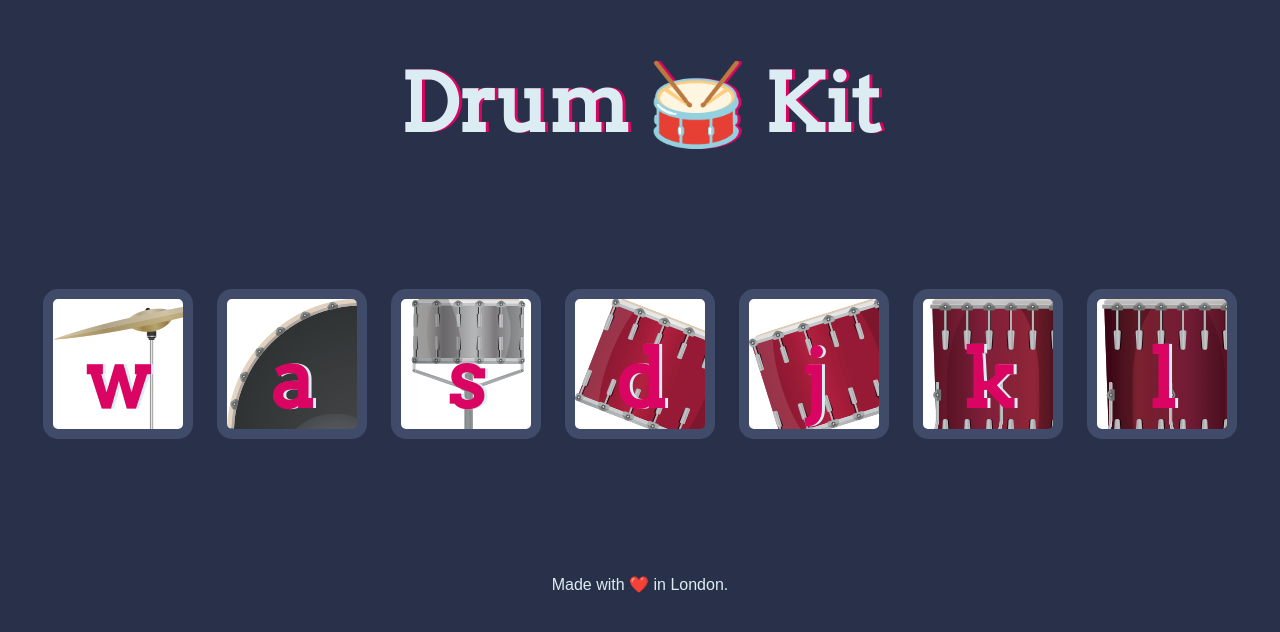
Repository: miaaow42/make-some-noise
Page: index.html
An editor plug-in stored every save of this project. The page is shown before and after the next save, followed by the edit.
The browser window is 1280 px wide. The pictures show the whole page.
After loading, the first visible `button.w` was clicked once.

Above is the page before, as saved 2022-06-22 23:47:21.

### index.html
<!DOCTYPE html>
<html lang="en" dir="ltr">

<head>
  <meta charset="utf-8">
  <title>Drum Kit</title>
  <link rel="stylesheet" href="styles.css">
  <link href="https://fonts.googleapis.com/css?family=Arvo" rel="stylesheet">
</head>

<body>

  <h1 id="title">Drum 🥁 Kit</h1>
  <div class="set">
    <button class="w drum">w</button>
    <button class="a drum">a</button>
    <button class="s drum">s</button>
    <button class="d drum">d</button>
    <button class="j drum">j</button>
    <button class="k drum">k</button>
    <button class="l drum">l</button>
  </div>




  <script type="text/javascript" src="index.js"> </script>
</body>
<footer>
  Made with ❤️ in London.
</footer>


</html>

### styles.css
body {
  text-align: center;
  background-color: #283149;
}

h1 {
  font-size: 5rem;
  color: #DBEDF3;
  font-family: "Arvo", cursive;
  text-shadow: 3px 0 #DA0463;

}

footer {
  color: #DBEDF3;
  font-family: sans-serif;
}

.w {
  background-image:url("images/crash.png");
}

.a {
  background-image:url("images/kick.png");
}

.s {
  background-image:url("images/snare.png");
}

.d {
  background-image:url("images/tom1.png");
}

.j {
  background-image:url("images/tom2.png");
}

.k {
  background-image:url("images/tom3.png");
}

.l {
  background-image:url("images/tom4.png");
}

.set {
  margin: 10% auto;
}

.game-over {
  background-color: red;
  opacity: 0.8;
}

.pressed {
  box-shadow: 0 3px 4px 0 #DBEDF3;
  opacity: 0.5;
}

.red {
  color: red;
}

.drum {
  outline: none;
  border: 10px solid #404B69;
  font-size: 5rem;
  font-family: 'Arvo', cursive;
  line-height: 2;
  font-weight: 900;
  color: #DA0463;
  text-shadow: 3px 0 #DBEDF3;
  border-radius: 15px;
  display: inline-block;
  width: 150px;
  height: 150px;
  text-align: center;
  margin: 10px;
  background-color: white;
}

### index.js
// document.querySelector("button").addEventListener("click",handleClick); // passing a function to call.
// function handleClick(){
//   alert("I got Clicked!");
// }a troditonal way to call the function


// document.querySelector("button").addEventListener("click",function(){
//     alert("I got Clicked!");
// }); // a anonymous way to call a function

//click every button it will alert.
const numberOfDrumBottons = document.querySelectorAll(".drum");
for(let i = 0;i < numberOfDrumBottons.length;i++ ){
  numberOfDrumBottons[i].addEventListener("click",handleClick);
  function handleClick(){
    let buttonInnerHTML = this.innerHTML;
      makeSound(buttonInnerHTML);
  }
}

// document.addEventListener("keydown",function(event){
//   makeSound(event.key);
// })// a anonymous way to call a function


document.addEventListener("keydown",checkPresed);
function checkPresed(e){
  makeSound(e.key);
} // a troditonal way to call the function

function makeSound(key){
  switch (key) {
    case "w":
      const drumSound5 = new Audio('sounds/crash.mp3');
      drumSound5.play();
      break;

    case "a":
      const drumSound1 = new Audio('sounds/kick-bass.mp3');
      drumSound1.play();
      break;

      case "s":
        const drumSound2 = new Audio('sounds/snare.mp3');
        drumSound2.play();
        break;

      case "d":
        const drumSound3 = new Audio('sounds/tom-4.mp3');
        drumSound3.play();
        break;

      case "j":
        const drumSound4 = new Audio('sounds/tom-3.mp3');
        drumSound4.play();
        break;

      case "k":
        const drumSound6 = new Audio('sounds/tom-2.mp3');
        drumSound6.play();
        break;

      case "l":
        const drumSound7 = new Audio('sounds/tom-1.mp3');
        drumSound7.play();
        break;

    default:
        console.log(key);

  }
}

After the next save:
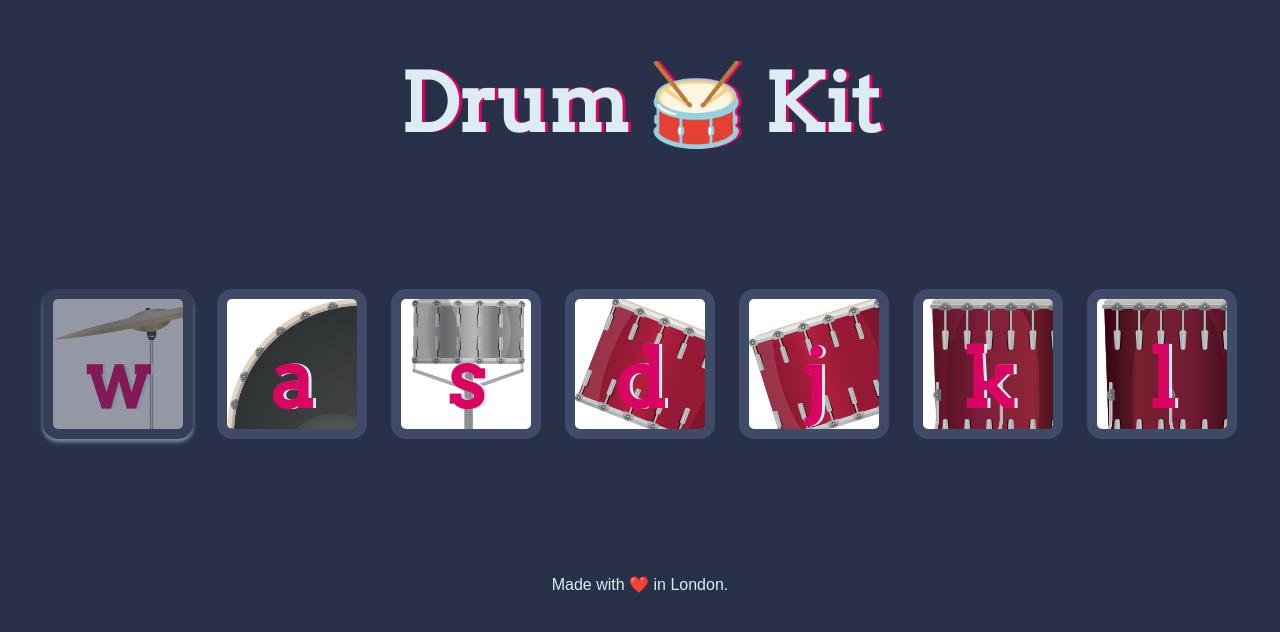
Saved 22 h 10 min later.
--- a/index.js
+++ b/index.js
@@ -15,6 +15,7 @@ for(let i = 0;i < numberOfDrumBottons.length;i++ ){
   function handleClick(){
     let buttonInnerHTML = this.innerHTML;
       makeSound(buttonInnerHTML);
+      makeAnimation(buttonInnerHTML);
   }
 }
 
@@ -23,10 +24,17 @@ for(let i = 0;i < numberOfDrumBottons.length;i++ ){
 // })// a anonymous way to call a function
 
 
-document.addEventListener("keydown",checkPresed);
-function checkPresed(e){
+document.addEventListener("keydown",checkPressed);
+function checkPressed(e){
   makeSound(e.key);
-} // a troditonal way to call the function
+  makeAnimation(e.key);
+} // a traditional way to call the function
+
+function makeAnimation(currentKey){
+  let activeButton = document.querySelector("."+currentKey);
+  activeButton.classList.add("pressed");
+}
+
 
 function makeSound(key){
   switch (key) {
